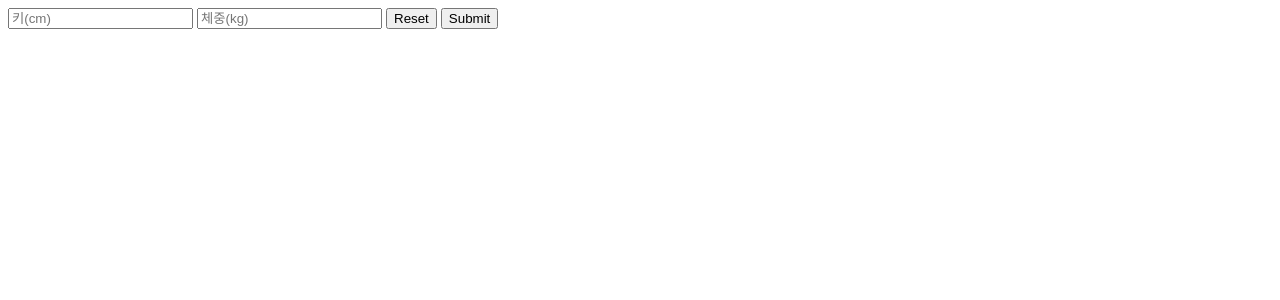
Repository: eyonghwan/jsp_practice
Page: http://localhost/JSPBasic/JspObject/1.requests/req_bmi.jsp
The author's editor kept a copy of each file at every save. The page is drawn from the files as they stood at one save, then again after the next save.
The browser window is 1280 px wide. The pictures show the whole page.
The page is served by Tomcat 9.

Above is the page before, as saved 2022-02-04 00:40:04.

### JSPBasic/src/main/webapp/JspObject/1.requests/req_bmi.jsp
<%@ page language="java" contentType="text/html; charset=UTF-8"
    pageEncoding="UTF-8"%>
<!DOCTYPE html>
<html>
<head>
<meta charset="UTF-8">
<title>Insert title here</title>
</head>
<body>
<!--
	사용자의 키(height)와 체중(weight)을 입력받아 BMI지수를 계산해 출력하는
	form 및 출력페이지를 만들어보겠습니다.

	1. 사용자의 입력값을 서버로 전송할 때는 form 태그를 사용합니다.
	2. form의 action= 속성을 이용해 전달할 페이지 및 URL을 지정할 수 있습니다.
	3. input 태그에 name 속성으로 요청 자료를 부를 명칭을 정할 수 있습니다.
	4. submit 버튼을 사용하면 action= 에 지장한 페이지로 자료가 전송됩니다.
	req_bmi.jsp ==> req_bmi_result.jsp 로 전송되게 해주세요.
 -->
<form action="req_bmi_result.jsp" method="get">
	<input type="text" name="height" placeholder="키(cm)"/>
	<input type="text" name="weight" placeholder="체중(kg)"/>
	<input type="reset" />
	<input type="submit" />
</form>
</body>
</html>

After the next save:
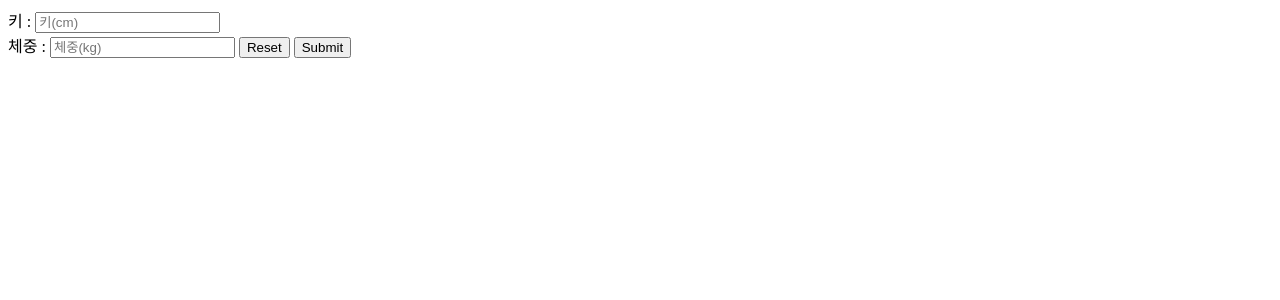
Saved 30 s later.
--- a/JSPBasic/src/main/webapp/JspObject/1.requests/req_bmi.jsp
+++ b/JSPBasic/src/main/webapp/JspObject/1.requests/req_bmi.jsp
@@ -18,8 +18,8 @@
 	req_bmi.jsp ==> req_bmi_result.jsp 로 전송되게 해주세요.
  -->
 <form action="req_bmi_result.jsp" method="get">
-	<input type="text" name="height" placeholder="키(cm)"/>
-	<input type="text" name="weight" placeholder="체중(kg)"/>
+	키  : <input type="text" name="height" placeholder="키(cm)"/><br/>
+	체중 : <input type="text" name="weight" placeholder="체중(kg)"/>
 	<input type="reset" />
 	<input type="submit" />
 </form>
